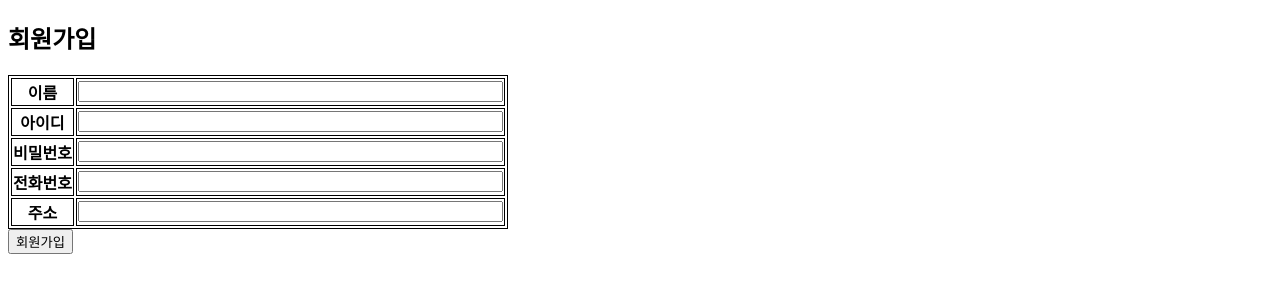
Repository: johwon/jspStudy
Page: jspStudy/src/main/webapp/member/member.html
An editor plug-in stored every save of this project. The page is shown before and after the next save, followed by the edit.
The browser window is 1280 px wide. The pictures show the whole page.

Above is the page before, as saved 2024-12-03 07:57:30.

### jspStudy/src/main/webapp/member/member.html
<!DOCTYPE html>
<html>
<head>
<meta charset="UTF-8">
<title>회원가입</title>
</head>
<style>
table, tr, th, td {
	border: 1px solid black;
}
body * {
	align : center;
}
</style>
<body>
	<form method="post", action="MemberInsert"></form>
	<h2>회원가입</h2>
	<table>
		<tr>
			<th>이름</th>
			<td><input type="text" name="name" size="50"></td>
		</tr>
		<tr>
			<th>아이디</th>
			<td><input type="text" name="id" size="50"></td>
		</tr>
		<tr>
			<th>비밀번호</th>
			<td><input type="password" name="password" size="50"></td>
		</tr>
		<tr>
			<th>전화번호</th>
			<td><input type="text" name="tel" size="50"></td>
		</tr>
		<tr>
			<th>주소</th>
			<td><input type="text" name="address" size="50"></td>
		</tr>
	</table>
	<input type="submit" value="회원가입">

</body>
</html>

After the next save:
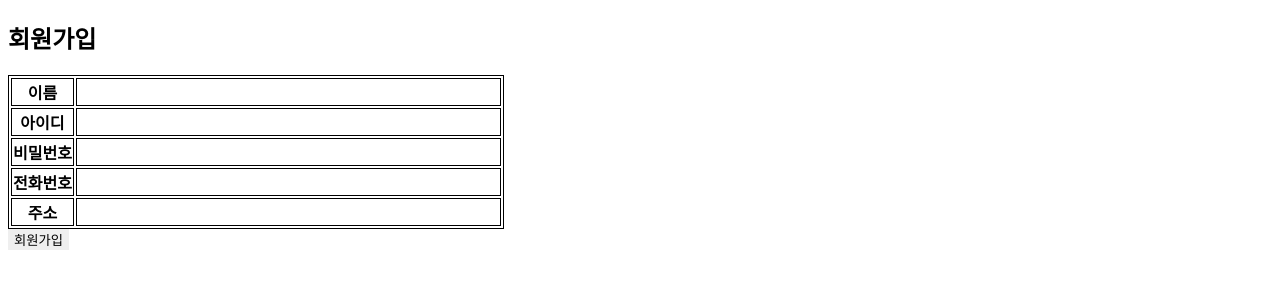
Saved 44 s later.
--- a/jspStudy/src/main/webapp/member/member.html
+++ b/jspStudy/src/main/webapp/member/member.html
@@ -10,6 +10,9 @@ table, tr, th, td {
 }
 body * {
 	align : center;
+}
+input {
+	border: 0px
 }
 </style>
 <body>
